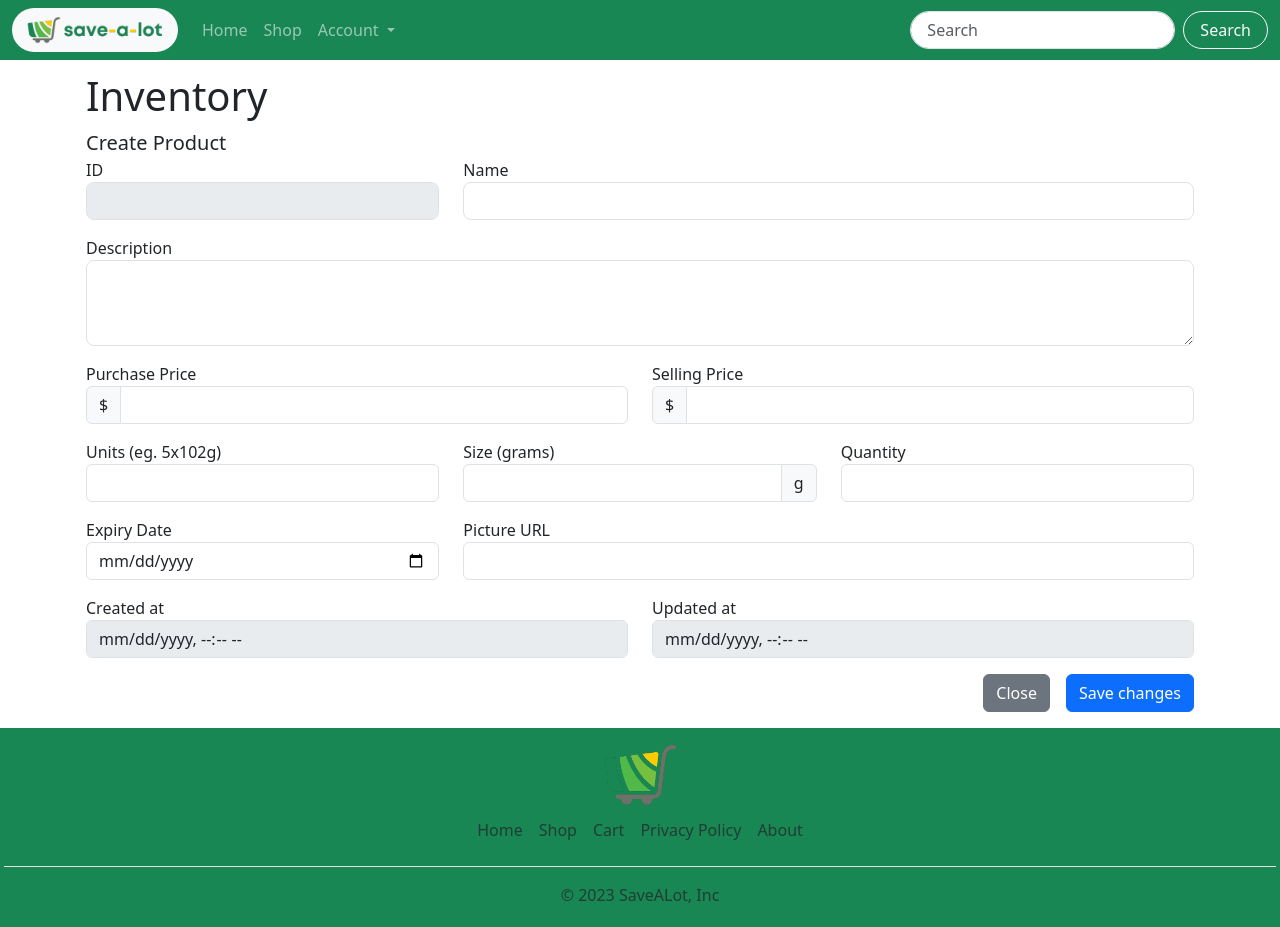
Repository: bill071194/savealot
Page: http://localhost/inventory/create
The author's editor kept a record of every edit. The page is drawn from the files as they stood at one moment, then again after the next edit.
The browser window is 1280 px wide. The pictures show the whole page.
The page is served by the project's Laravel application, run on PHP 8.4 with Laravel 10.

Above is the page before.

After the next edit:
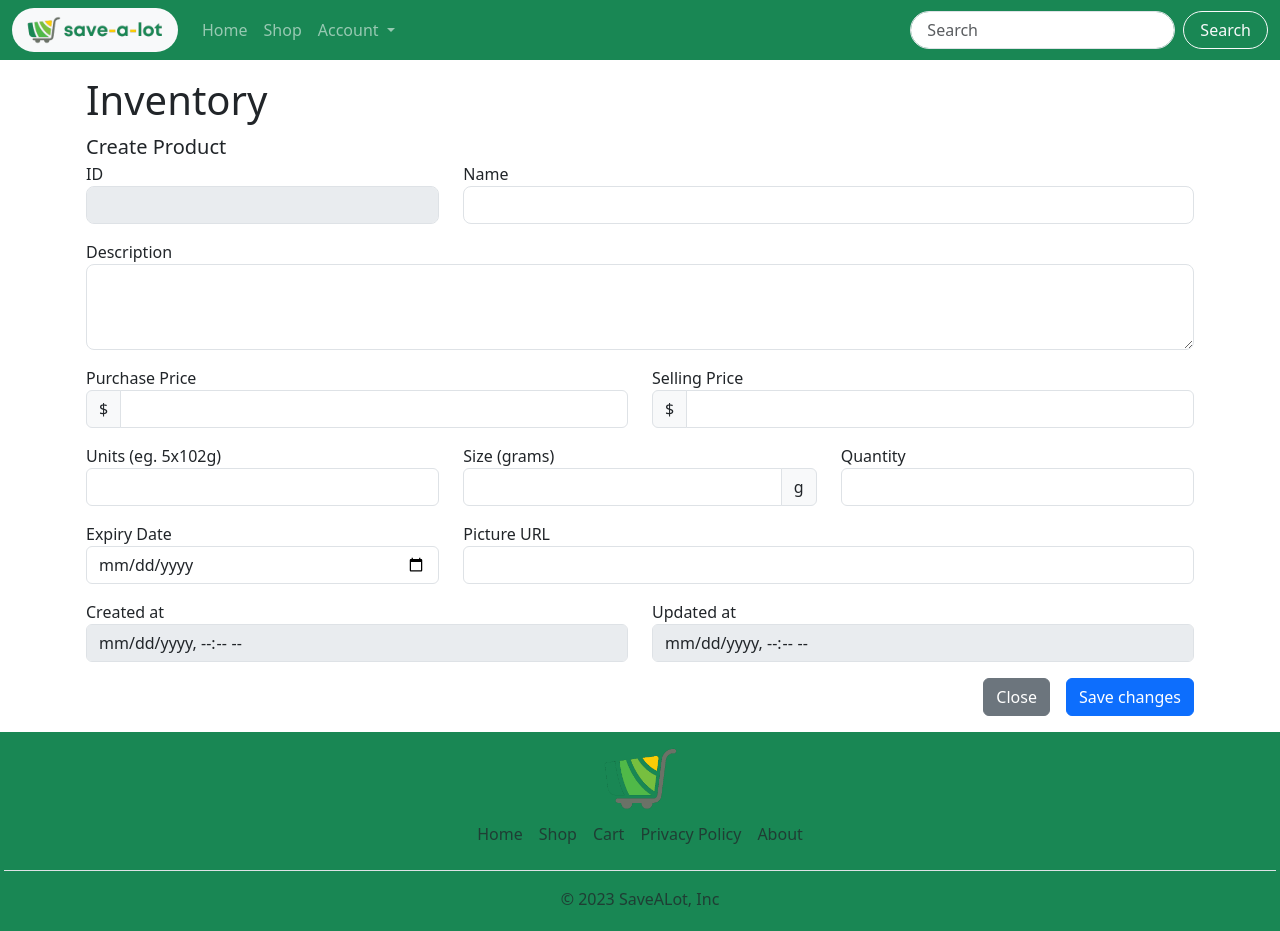
The edit:
--- a/savealot/resources/views/layouts/base2.blade.php
+++ b/savealot/resources/views/layouts/base2.blade.php
@@ -72,7 +72,7 @@
 		</div>
 	</nav>
 
-	<main style="margin-top: 3.5rem" class="container p-3 flex-grow-1">
+	<main style="margin-top: 3.75rem" class="container p-3 flex-grow-1">
 		@yield('main')
 	</main>
 
